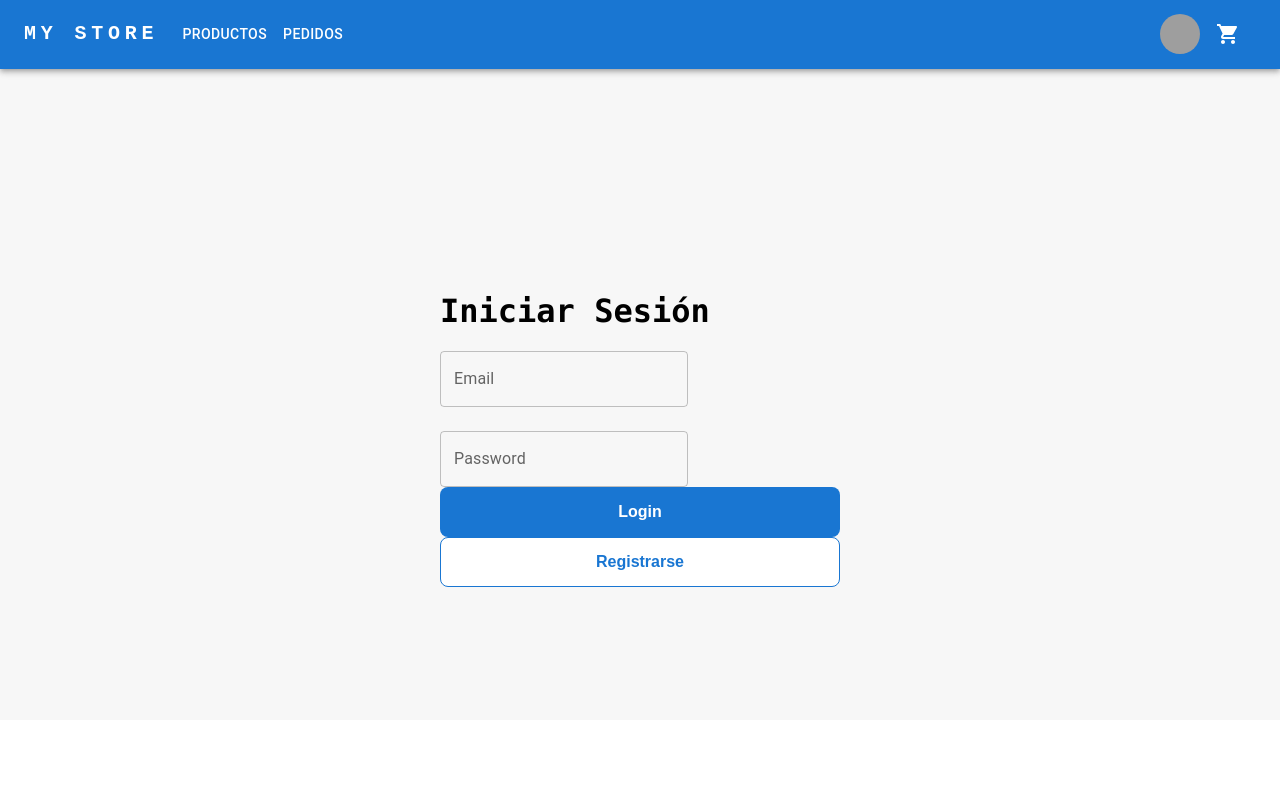
Repository: DanielBorussia/front-my-store
Page: /login
An editor plug-in stored every save of this project. The page is shown before and after the next save, followed by the edit.
The browser window is 1280 px wide. The pictures show the whole page.
Pictures or frames that could not be fetched are drawn as grey boxes. The project was rebuilt for these pictures with package versions that can differ from the ones it lists, and the page was loaded fresh each time. Also part of the build but not shown: src/components/OrderItem.js, src/containers/MyOrderPreview.js, src/components/ProductItem.js, src/hooks/useGetProducts.js, src/shared/Loading.js, src/containers/ProductList.js, src/pages/Home.js, src/styles/ShoppingItem.scss and 2 more.

Above is the page before, as saved 2023-07-02 14:37:59.

After the next save:
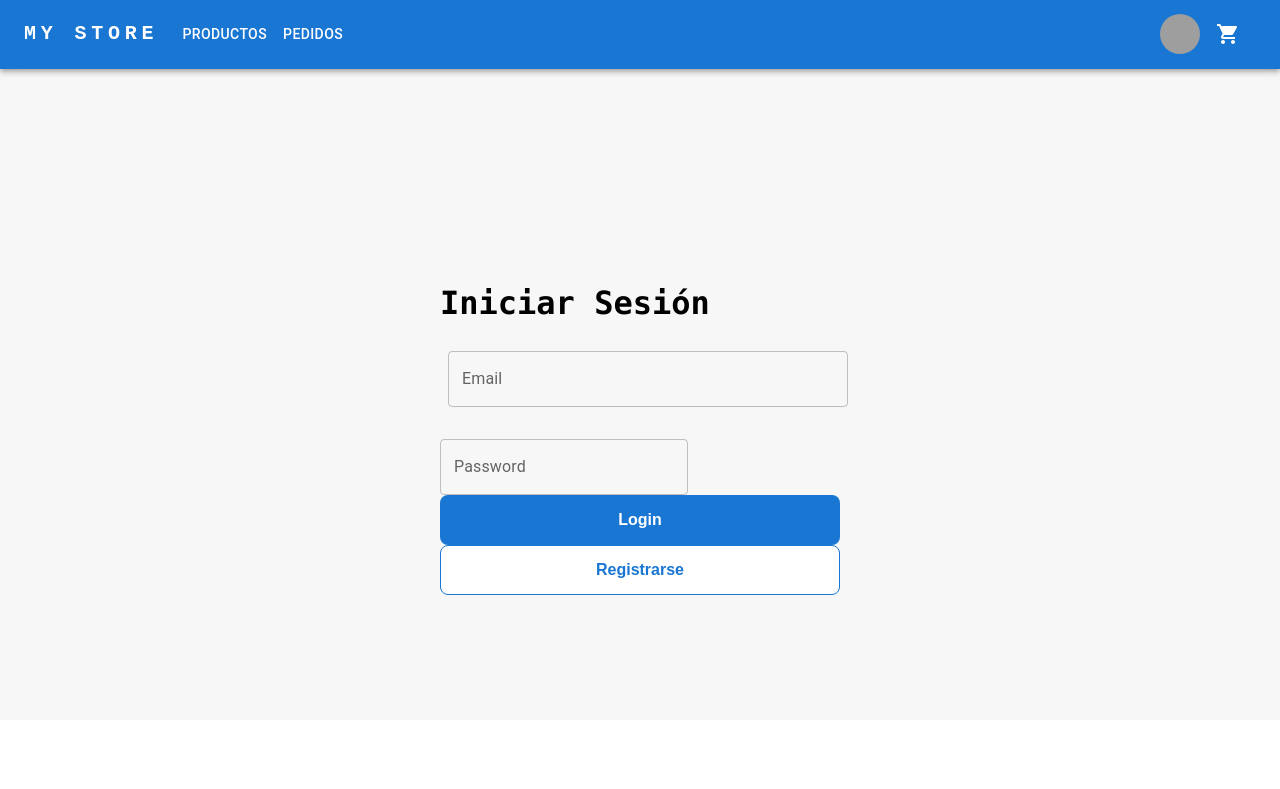
Saved 3 min 9 s later.
--- a/src/components/Login.js
+++ b/src/components/Login.js
@@ -19,17 +19,19 @@
 			<Box className="login__container">
 				<h1>Iniciar Sesión</h1>
 				<form action="/" className="forlogin__form" ref={form}>
-				<Grid container spacing={3}>
-					<Grid item xs={12}>
-						<TextField id="outlined-basic" label="Email" variant="outlined" />
+					<Grid container spacing={3}>
+						<Grid item xs={12}>
+							<TextField
+							  sx={{ m: 1, width: '100%' }}
+							 id="outlined-basic" label="Email" variant="outlined" />
+						</Grid>
+						<Grid item xs={12}>
+							<TextField id="outlined-basic" type="password" label="Password" placeholder="*********" variant="outlined" />
+						</Grid>
 					</Grid>
-					<Grid item xs={12}>
-						<TextField id="outlined-basic" type="password" label="Password" placeholder="*********" variant="outlined" />
-					</Grid>
-				</Grid>
-				<button className="button__primary button__login" onClick={handleSubmit}>
-					Login
-				</button>
+					<button className="button__primary button__login" onClick={handleSubmit}>
+						Login
+					</button>
 				</form>
 				<button className="button__secondary">
 					Registrarse

After the 2 saves that followed:
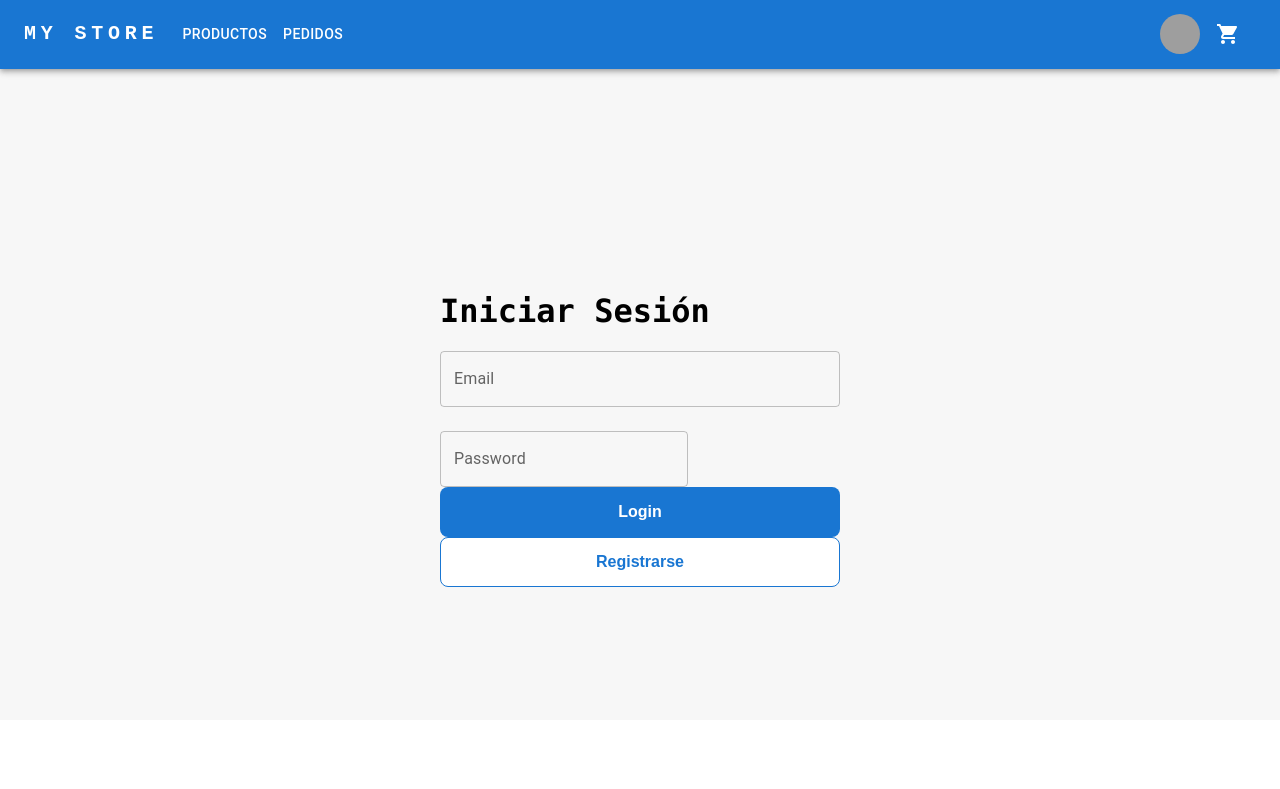
The 2 saves are shown as one change because 1 left the picture as it was.
The last was saved 22 s later.
--- a/src/components/Login.js
+++ b/src/components/Login.js
@@ -22,8 +22,10 @@
 					<Grid container spacing={3}>
 						<Grid item xs={12}>
 							<TextField
-							  sx={{ m: 1, width: '100%' }}
-							 id="outlined-basic" label="Email" variant="outlined" />
+							  	sx={{ width: '100%' }}
+								label="Email"
+								variant="outlined"
+							/>
 						</Grid>
 						<Grid item xs={12}>
 							<TextField id="outlined-basic" type="password" label="Password" placeholder="*********" variant="outlined" />
